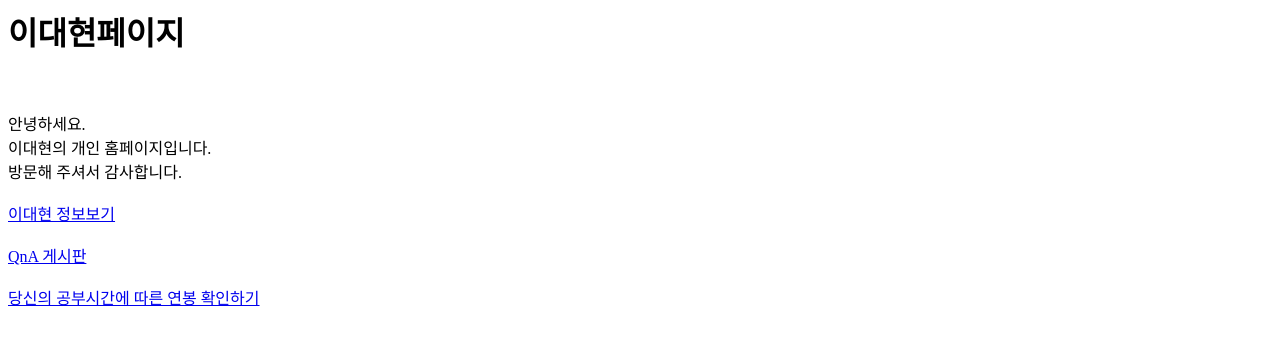
Repository: daelong/WebProject
Page: webproject/WebContent/MyPage.html
An editor plug-in stored every save of this project. The page is shown before and after the next save, followed by the edit.
The browser window is 1280 px wide. The pictures show the whole page.

Above is the page before, as saved 2019-04-02 10:52:58.

### webproject/WebContent/MyPage.html
<html>
<head>
<meta charset="EUC-KR">
<title>이대현 페이지</title>
</head>
<body>
	<H1>이대현페이지</H1><BR><BR>
	안녕하세요.<BR>
	이대현의 개인 홈페이지입니다.<BR>
	방문해 주셔서 감사합니다.<BR><BR>
	<a href="/webproject/MyProperty.jsp">이대현 정보보기</a><BR><BR>
	<a href="/webproject/QnABoard.jsp">QnA 게시판</a><BR><BR>
	<a href="/webproject/SalaryInput.html">당신의 공부시간에 따른 연봉 확인하기</a>
</body>
</html>

After the next save:
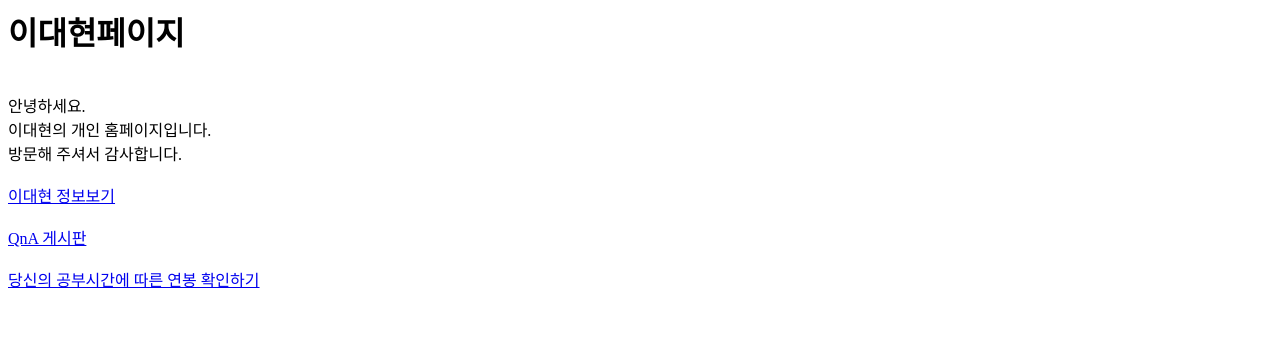
Saved 16 s later.
--- a/webproject/WebContent/MyPage.html
+++ b/webproject/WebContent/MyPage.html
@@ -4,7 +4,7 @@
 <title>이대현 페이지</title>
 </head>
 <body>
-	<H1>이대현페이지</H1><BR><BR>
+	<H1>이대현페이지</H1><BR>
 	안녕하세요.<BR>
 	이대현의 개인 홈페이지입니다.<BR>
 	방문해 주셔서 감사합니다.<BR><BR>
